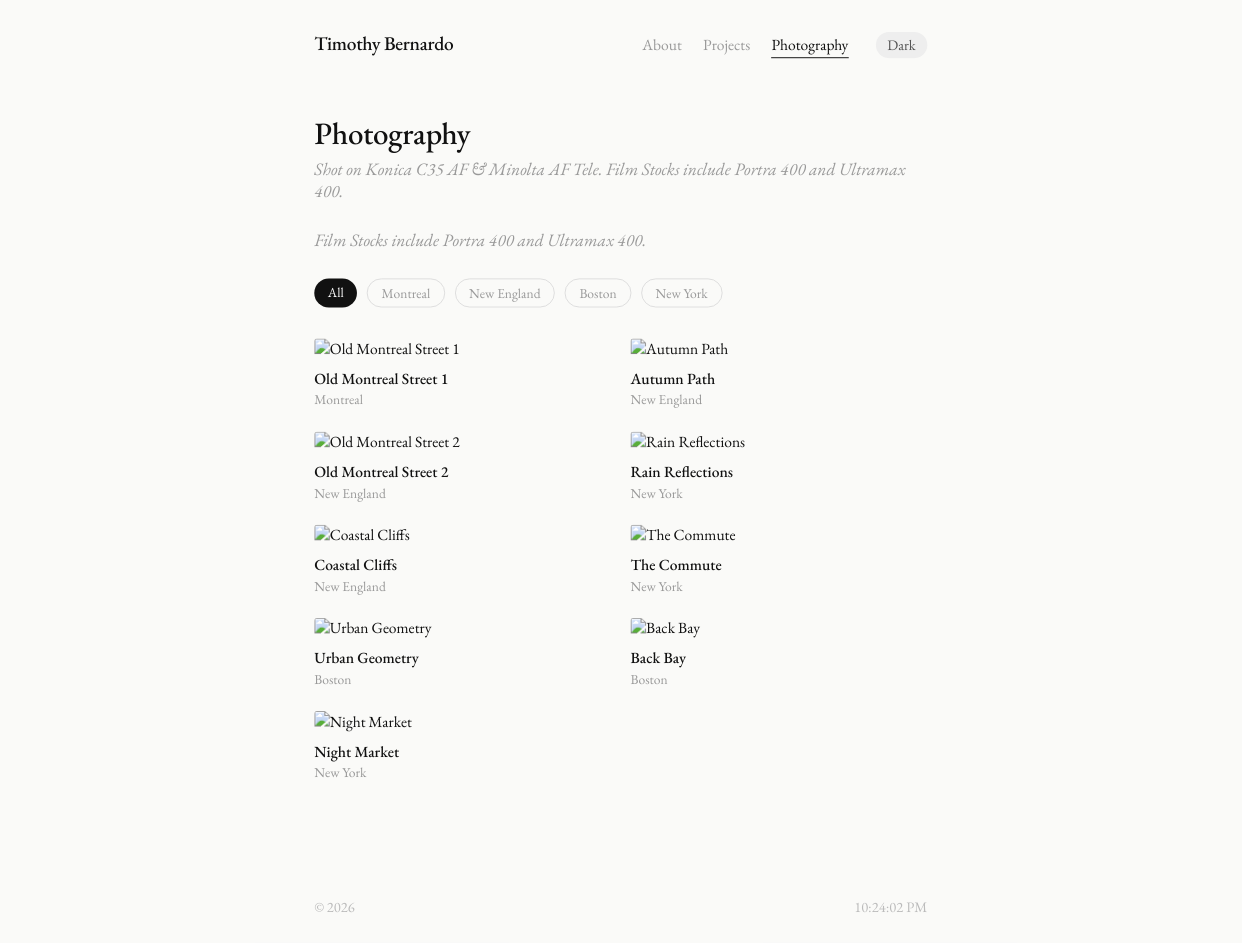
Repository: timothybernardo/portfolio
Page: /photography
These files come from the project's save history. The page is drawn as it stood at one moment and after the next save; the edit follows.
The browser window is 1280 px wide. The pictures show the whole page, at 97% of full size.
The project was rebuilt for these pictures with package versions that can differ from the ones it lists, and the page was loaded fresh each time. Also part of the build but not shown: src/pages/Home.jsx, src/data/experience.js, src/pages/About.jsx, src/data/projects.js, src/pages/Projects.jsx.

Above is the page before, as saved 2026-03-08 00:11:06.

### public/index.html
<!DOCTYPE html>
<html lang="en">
<head>
  <meta charset="UTF-8" />
  <meta name="viewport" content="width=device-width, initial-scale=1.0" />
  <title>Timothy Bernardo</title>
  <link href="https://fonts.googleapis.com/css2?family=EB+Garamond:ital,wght@0,400;0,500;0,600;0,700;1,400&display=swap" rel="stylesheet" />
</head>
<body>
  <div id="root"></div>
</body>
</html>

### src/index.js
import React from "react";
import ReactDOM from "react-dom/client";
import { BrowserRouter } from "react-router-dom";
import App from "./App";
import "./index.css";

const root = ReactDOM.createRoot(document.getElementById("root"));
root.render(
  <React.StrictMode>
    <BrowserRouter>
      <App />
    </BrowserRouter>
  </React.StrictMode>
);

### src/App.jsx
import { useState } from "react";
import { Routes, Route } from "react-router-dom";
import { themes, serif } from "./theme";
import Header from "./components/Header";
import Footer from "./components/Footer";
import Home from "./pages/Home";
import About from "./pages/About";
import Projects from "./pages/Projects";
import Photography from "./pages/Photography";

export default function App() {
  const [dark, setDark] = useState(false);
const theme = dark ? themes.dark : themes.light;
document.documentElement.style.background = theme.bg;
document.body.style.background = theme.bg;

  return (
    <div
      style={{
        fontFamily: serif,
        color: theme.text,
        minHeight: "100vh",
        background: theme.bg,
        display: "flex",
        flexDirection: "column",
        transition: "background 0.3s, color 0.3s",
      }}
    >
      <Header theme={theme} isDark={dark} onToggle={() => setDark(!dark)} />

      <main style={{ maxWidth: 680, width: "100%", margin: "0 auto", padding: "0 24px 100px", flex: 1 }}>
        <Routes>
          <Route path="/" element={<Home theme={theme} />} />
          <Route path="/about" element={<About theme={theme} />} />
          <Route path="/projects" element={<Projects theme={theme} />} />
          <Route path="/photography" element={<Photography theme={theme} />} />
          <Route path="/photography/:id" element={<Photography theme={theme} />} />
        </Routes>
      </main>

      <Footer theme={theme} />
    </div>
  );
}

### src/index.css
* {
  margin: 0;
  padding: 0;
  box-sizing: border-box;
}

html, body, #root {
  min-height: 100%;
  height: 100%;
  background: inherit;
}

body {
  -webkit-font-smoothing: antialiased;
  -moz-osx-font-smoothing: grayscale;
}

a {
  text-decoration: none;
  color: inherit;
}

### src/theme.js
export const serif = "'EB Garamond', Georgia, 'Times New Roman', serif";

export const themes = {
  light: {
    bg: "#fafaf8",
    text: "#111",
    sub: "#555",
    muted: "#999",
    faint: "#bbb",
    border: "#ece9e5",
    pill: "#111",
    pillT: "#fff",
    pillB: "#ddd",
    badge: "rgba(255,255,255,0.3)",
    toggle: "#eee",
    toggleTxt: "#555",
  },
  dark: {
    bg: "#131313",
    text: "#e4e0da",
    sub: "#a09a93",
    muted: "#6b665f",
    faint: "#4a4640",
    border: "#282624",
    pill: "#e4e0da",
    pillT: "#131313",
    pillB: "#383530",
    badge: "rgba(255,255,255,0.18)",
    toggle: "#282624",
    toggleTxt: "#a09a93",
  },
};

### src/components/Header.jsx
import { Link, useLocation } from "react-router-dom";
import { serif } from "../theme";

const links = [
  { path: "/about", label: "About" },
  { path: "/projects", label: "Projects" },
  { path: "/photography", label: "Photography" },
];

export default function Header({ theme, onToggle, isDark }) {
  const { pathname } = useLocation();

  return (
    <header
      style={{
        maxWidth: 680,
        width: "100%",
        margin: "0 auto",
        padding: "32px 24px 0",
        display: "flex",
        justifyContent: "space-between",
        alignItems: "baseline",
        fontFamily: serif,
      }}
    >
      <Link to="/" style={{ fontWeight: 500, fontSize: 20, letterSpacing: "-0.3px" }}>
        Timothy Bernardo
      </Link>

      <nav style={{ display: "flex", gap: 22, alignItems: "baseline" }}>
        {links.map(({ path, label }) => (
          <Link
            key={path}
            to={path}
            style={{
              fontSize: 16,
              color: pathname === path ? theme.text : theme.muted,
              paddingBottom: 2,
              borderBottom:
                pathname === path
                  ? `1.5px solid ${theme.text}`
                  : "1.5px solid transparent",
            }}
          >
            {label}
          </Link>
        ))}
        <span
          onClick={onToggle}
          style={{
            fontFamily: serif,
            fontSize: 15,
            cursor: "pointer",
            padding: "4px 12px",
            borderRadius: 14,
            background: theme.toggle,
            color: theme.toggleTxt,
            marginLeft: 6,
            userSelect: "none",
          }}
        >
          {isDark ? "Light" : "Dark"}
        </span>
      </nav>
    </header>
  );
}

### src/components/Footer.jsx
import Clock from "./Clock";
import { serif } from "../theme";

export default function Footer({ theme }) {
  return (
    <footer
      style={{
        maxWidth: 680,
        width: "100%",
        margin: "0 auto",
        padding: "20px 24px 28px",
        fontSize: 15,
        color: theme.faint,
        display: "flex",
        justifyContent: "space-between",
        alignItems: "center",
        fontFamily: serif,
      }}
    >
      <span>&copy; 2026</span>
      <Clock color={theme.faint} />
    </footer>
  );
}

### src/pages/Photography.jsx
import { useState } from "react";
import { useParams, useNavigate } from "react-router-dom";
import { serif } from "../theme";
import photos from "../data/photos";
import PhotoCard from "../components/PhotoCard";

const categories = ["All", ...new Set(photos.map((p) => p.cat))];

function Gallery({ theme }) {
  const [filter, setFilter] = useState("All");
  const filtered = filter === "All" ? photos : photos.filter((p) => p.cat === filter);

  return (
    <div style={{ marginTop: 56, fontFamily: serif }}>
      <h2 style={{ fontSize: 32, fontWeight: 500, letterSpacing: "-0.3px", marginBottom: 4 }}>
        Photography
      </h2>
      <p style={{ fontSize: 18, color: theme.muted, marginBottom: 28, fontStyle: "italic" }}>
        Shot on Konica C35 AF & Minolta AF Tele.  Film Stocks include Portra 400 and Ultramax 400.
      </p>
      <p style={{ fontSize: 18, color: theme.muted, marginBottom: 28, fontStyle: "italic" }}>
         Film Stocks include Portra 400 and Ultramax 400.
      </p>
      <div style={{ display: "flex", gap: 10, marginBottom: 32, flexWrap: "wrap" }}>
        {categories.map((cat) => (
          <span
            key={cat}
            onClick={() => setFilter(cat)}
            style={{
              fontFamily: serif,
              fontSize: 14,
              cursor: "pointer",
              padding: "5px 14px",
              borderRadius: 20,
              background: filter === cat ? theme.pill : "transparent",
              color: filter === cat ? theme.pillT : theme.muted,
              border: filter === cat ? "none" : `1px solid ${theme.pillB}`,
            }}
          >
            {cat}
          </span>
        ))}
      </div>
      <div style={{ columnCount: 2, columnGap: 20 }}>
        {filtered.map((p) => (
          <PhotoCard key={p.id} photo={p} theme={theme} />
        ))}
      </div>
    </div>
  );
}

function PhotoDetail({ theme }) {
  const { id } = useParams();
  const navigate = useNavigate();
  const photo = photos.find((p) => p.id === parseInt(id));

  if (!photo) return <p>Photo not found.</p>;

  return (
    <div style={{ marginTop: 56, fontFamily: serif }}>
      <span
        onClick={() => navigate("/photography")}
        style={{ fontSize: 15, color: theme.muted, cursor: "pointer", display: "inline-block", marginBottom: 24 }}
      >
        ← Back
      </span>
      <img
        src={photo.full}
        alt={photo.title}
        style={{
          width: "100%",
          borderRadius: 3,
          display: "block",
          marginBottom: 28,
        }}
      />
      <h2 style={{ fontSize: 26, fontWeight: 500, marginBottom: 4 }}>{photo.title}</h2>
      <p style={{ fontSize: 15, color: theme.muted, marginBottom: 4 }}>{photo.cat}</p>

    </div>
  );
}

export default function Photography({ theme }) {
  const { id } = useParams();
  return id ? <PhotoDetail theme={theme} /> : <Gallery theme={theme} />;
}

### src/components/Clock.jsx
import { useState, useEffect } from "react";

export default function Clock({ color }) {
  const [time, setTime] = useState(new Date());

  useEffect(() => {
    const interval = setInterval(() => setTime(new Date()), 1000);
    return () => clearInterval(interval);
  }, []);

  return (
    <span style={{ color }}>
      {time.toLocaleTimeString("en-US", {
        hour: "2-digit",
        minute: "2-digit",
        second: "2-digit",
      })}
    </span>
  );
}

### src/data/photos.js
// To add your own photos:
// 1. Drop your images into public/images/
// 2. Update the "img" path below to match the filename
// 3. Set "cat" to the location/group you want
// 4. Write a description (or leave desc as "" to hide it)
//
// Vertical and horizontal photos both work fine.
// The masonry layout handles mixed orientations automatically.

const photos = [
  { id: 1, title: "Old Montreal Street 1", cat: "Montreal", img: "/images/old-montreal.jpg", desc: "Rolling hills bathed in warm evening light, shot on Ektar 100." },
  { id: 2, title: "Old Montreal Street 2", cat: "New England", img: "/images/morning-fog.jpg", desc: "A misty valley at dawn somewhere outside of Lynn." },
  { id: 3, title: "Coastal Cliffs", cat: "New England", img: "/images/coastal-cliffs.jpg", desc: "Dramatic cliffs meeting the Atlantic. The wind was unreal." },
  { id: 4, title: "Urban Geometry", cat: "Boston", img: "/images/urban-geometry.jpg", desc: "Lines and shadows in downtown Boston." },
  { id: 5, title: "Night Market", cat: "New York", img: "/images/night-market.jpg", desc: "Bustling street vendors after dark. Pushed the film to 800 for this one." },
  { id: 6, title: "Autumn Path", cat: "New England", img: "/images/autumn-path.jpg", desc: "A winding trail through fall foliage." },
  { id: 7, title: "Rain Reflections", cat: "New York", img: "/images/rain-reflections.jpg", desc: "" },
  { id: 8, title: "The Commute", cat: "New York", img: "/images/the-commute.jpg", desc: "Figures in motion through the station. Shot handheld at 1/60." },
  { id: 9, title: "Back Bay", cat: "Boston", img: "/images/back-bay.jpg", desc: "Late afternoon light on brownstones." },
];

export default photos;

### src/components/PhotoCard.jsx
import { useNavigate } from "react-router-dom";
import { serif } from "../theme";

export default function PhotoCard({ photo, theme }) {
  const navigate = useNavigate();

  return (
    <div
      onClick={() => navigate(`/photography/${photo.id}`)}
      style={{ breakInside: "avoid", marginBottom: 24, cursor: "pointer" }}
    >
      <img
        src={photo.thumb}
        alt={photo.title}
        loading="lazy"
        style={{
          width: "100%",
          borderRadius: 3,
          display: "block",
          transition: "opacity 0.2s",
        }}
        onMouseEnter={(e) => (e.currentTarget.style.opacity = "0.8")}
        onMouseLeave={(e) => (e.currentTarget.style.opacity = "1")}
      />
      <p style={{ margin: "10px 0 2px", fontFamily: serif, fontSize: 16, fontWeight: 500 }}>
        {photo.title}
      </p>
      <p style={{ margin: 0, fontFamily: serif, fontSize: 14, color: theme.muted }}>
        {photo.cat}
      </p>
    </div>
  );
}

After the next save:
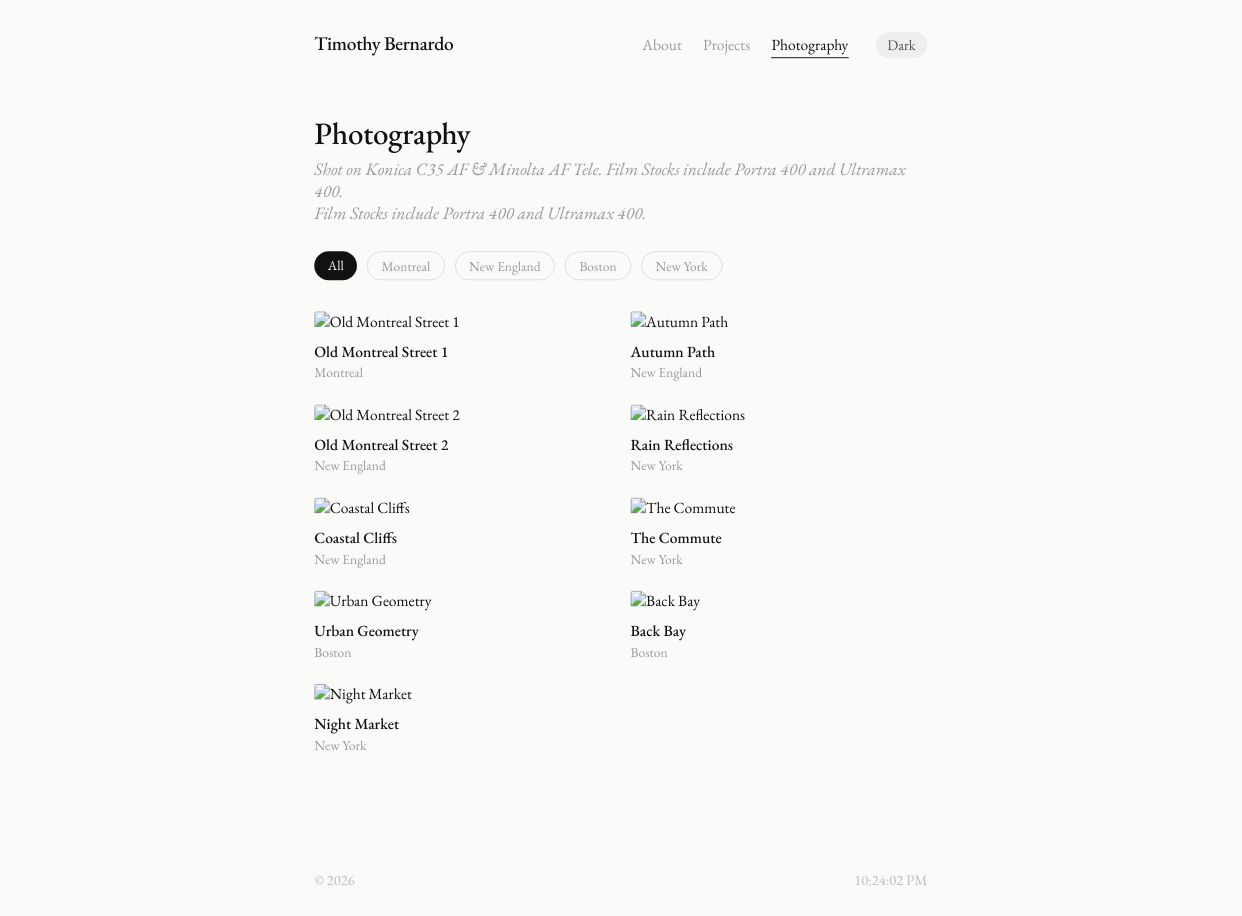
Saved 6 s later.
--- a/src/pages/Photography.jsx
+++ b/src/pages/Photography.jsx
@@ -15,7 +15,7 @@ function Gallery({ theme }) {
       <h2 style={{ fontSize: 32, fontWeight: 500, letterSpacing: "-0.3px", marginBottom: 4 }}>
         Photography
       </h2>
-      <p style={{ fontSize: 18, color: theme.muted, marginBottom: 28, fontStyle: "italic" }}>
+      <p style={{ fontSize: 18, color: theme.muted, marginBottom: 0, fontStyle: "italic" }}>
         Shot on Konica C35 AF & Minolta AF Tele.  Film Stocks include Portra 400 and Ultramax 400.
       </p>
       <p style={{ fontSize: 18, color: theme.muted, marginBottom: 28, fontStyle: "italic" }}>
